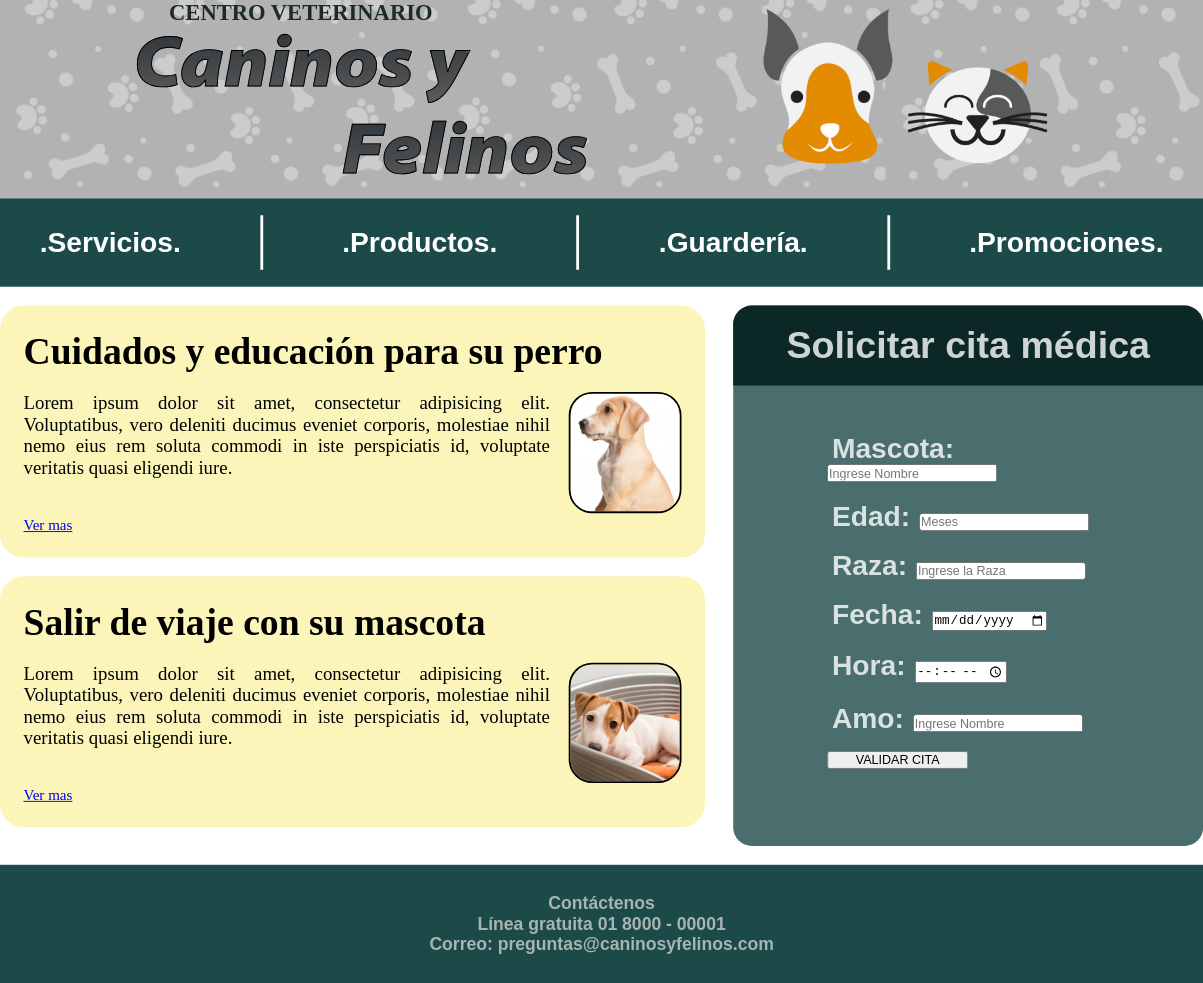
Repository: mariomr87/senaweb01
Page: principal.html
An editor plug-in stored every save of this project. The page is shown before and after the next save, followed by the edit.
The browser window is 1280 px wide. The pictures show the whole page, at 94% of full size.

Above is the page before, as saved 2021-10-23 13:45:57.

### principal.html
<!DOCTYPE html>
<html lang="en">
<head>
    <meta charset="UTF-8">
    <meta http-equiv="X-UA-Compatible" content="IE=edge">
    <meta name="viewport" content="width=device-width, initial-scale=1.0">
    <link rel="stylesheet" href="estilos.css">
    <title>Document</title>
</head>
<body>
    <div>
        <header>
            <div id="cabecera">
                <div class="header-text">
                    <h3>CENTRO VETERINARIO</h3>
                    <h1><span id="header-text-degrad">Caninos y <br><span id="text-felinos">Felinos</span></spa></h1>
                </div>
                <div class="header-img">
                    <img src="./imagenes/dog_white.png" alt="">
                    <img src="./imagenes/cat_white.png" alt="">
                </div>
            </div>
        </header>
        <nav>
            <td>
                <tr><a href="">.Servicios.</a><span class="linea"></span></tr>
                <tr><a href="">.Productos.</a><span class="linea"></span></tr>
                <tr><a href="">.Guardería.</a><span class="linea"></span></tr>
                <tr><a href="">.Promociones.</a></tr>
            </td>
        </nav>
        <div class="centro-pag">
            <section>
                <article>
                    <h2>Cuidados y educación para su perro</h2>
                    <div class="centropag-texto">
                        <p>Lorem ipsum dolor sit amet, consectetur adipisicing elit. Voluptatibus, vero deleniti ducimus eveniet corporis, molestiae nihil nemo eius rem soluta commodi in iste perspiciatis id, voluptate veritatis quasi eligendi iure.</p>
                        <div><img src="./imagenes/perro1.png" alt=""></div>
                    </div>
                    <a href="#">Ver mas</a>
                </article>
                <article>
                    <h2>Salir de viaje con su mascota</h2>
                    <div class="centropag-texto">
                        <p>Lorem ipsum dolor sit amet, consectetur adipisicing elit. Voluptatibus, vero deleniti ducimus eveniet corporis, molestiae nihil nemo eius rem soluta commodi in iste perspiciatis id, voluptate veritatis quasi eligendi iure.</p>
                        <div><img src="./imagenes/perro2.png" alt=""></div>
                    </div>
                    <a href="#">Ver mas</a>
                </article>
            </section>
            <aside>
                <form action="">
                    <div><h2>Solicitar cita médica</h2></div>
                    <div class="cuestionario">
                        <label for="mascota_name">Mascota:</label>
                        <input type="text" placeholder="Ingrese Nombre" id=""><br>

                        <label for="age_pet">Edad:</label>
                        <input type="number" name="" id="" placeholder="Meses"><br>

                        <label for="raza_pet">Raza:</label>
                        <input type="text" name="" id="" placeholder="Ingrese la Raza"><br>

                        <label for="fecha_ingreso_pet">Fecha:</label>
                        <input type="date" name="" id=""><br>

                        <label for="hora_ingreso_pet">Hora:</label>
                        <input type="time" name="" id=""><br>

                        <label for="amo_pet">Amo:</label>
                        <input type="text" name="" id="" placeholder="Ingrese Nombre"><br>

                        <button type="submit">VALIDAR CITA</button>
                    </div>
                </form>
            </aside>
        </div>
        <footer>
            <h3>Contáctenos</h3>
            <h3>Línea gratuita 01 8000 - 00001</h3>
            <h3>Correo: preguntas@caninosyfelinos.com</h3>
        </footer>
    </div>
</body>
</html>

### estilos.css
*{
    margin: 0px;
    padding: 0px;
    box-sizing:border-box;
}

@font-face {
    font-family: Myriad_Pro ;
    src: url(./extra/MyriadProBlackSemiExtendedItalic.otf);
}

h1{
    font-family: Myriad_pro;
}

header div img{
    width: 10em;
}

#cabecera{
    background-image: url("./imagenes/fondo.png");
    background-repeat: initial;
    width: 100%;
    display: flex;
    text-align: center;
}

.header-text,.header-img{
    width:50%;
}

.header-text h3{
    font-size: 1.5em;
    color:#1c2c24;
}

.header-text h1{
    font-size: 4.8em;
}

#header-text-degrad{
    background: linear-gradient(#30373b,#5c5c5c);
    -webkit-background-clip: text;
    -webkit-text-fill-color: transparent;
    -webkit-text-stroke: 1px black;
}

#text-felinos{
    margin-left: 350px;
}

nav{
    display: flex;
    flex-direction: row;
    justify-content: space-around;
    background: #1c4a48;
    margin-bottom: 20px;
}

nav a{
    color: #fff;
    font-weight: bold;
    text-decoration: none;
    font-size: 30px;
    font-family: Arial, Helvetica, sans-serif;
    padding: 30px 0;
}

.linea{
    border-right: 3px solid #fff;
    margin: 18px 0;
}

.centro-pag{
    display: flex;
}

.centropag-texto{
    display: flex;
    padding-top: 20px;
}

section{
    width: 60%;
    margin-right: 30px;
}

article{
    background: #fbf5ba;
    margin-bottom: 20px;
    padding: 25px;
    border-radius: 25px;
}

article h2{
    font-size: 40px;
}

article p{
    font-size: 20px;
    text-align: justify;
    padding-right: 20px;
}

article div img {
    width: 120px;
    border: 2px solid black;
    border-radius: 25px;
}

form  div h2{
    background:#0b2826 ;
    border-radius: 20px 20px 0 0;
    color: #ced4d4;
    font-size: 40px;
    padding: 20px 0;
    text-align: center;
}

aside{
    font-family: Arial, Helvetica, sans-serif;
    background: #496e6d;
    width: 40%;
    border-radius: 20px;
}

form label{
    font-weight:bold;
    font-size: 30px;
    color: #dae1e1;
    padding: 5px;
}

.cuestionario{
    padding: 10% 20%;
}

.cuestionario label,input,button{
    margin-bottom: 20px;
}

.cuestionario button{
    width: 150px;
    height: auto;
}

footer{
    text-align: center;
    background: #1c4a48;
    color: #a8b4b3;
    padding: 30px 0;
    font-family: Arial, Helvetica, sans-serif;
    margin-top: 20px;
}

After the next save:
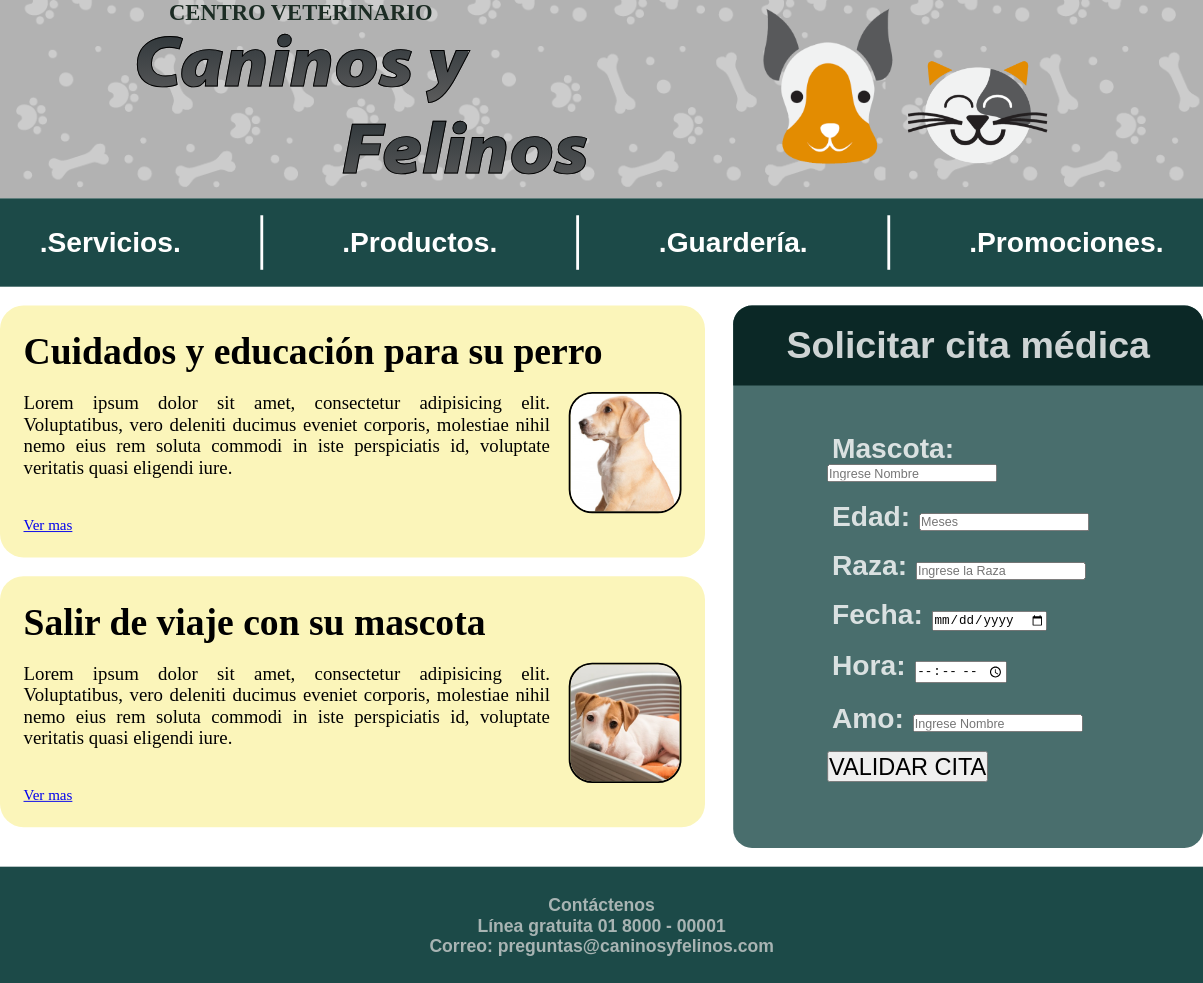
Saved 37 s later.
--- a/estilos.css
+++ b/estilos.css
@@ -140,8 +140,7 @@ form label{
 }
 
 .cuestionario button{
-    width: 150px;
-    height: auto;
+    font-size: 25px;
 }
 
 footer{
